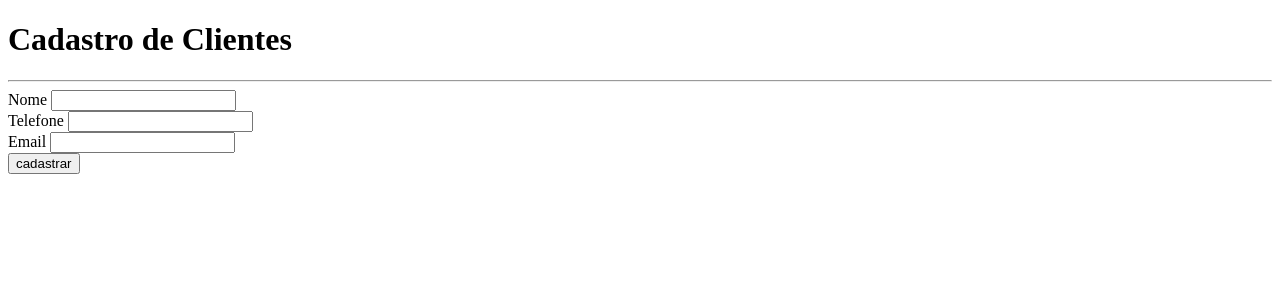
Repository: patriciatob10/AulaJavaPaty
Page: JavaWeb/empresa/perfumariaweb/src/main/webapp/frmCadClientes.html
These files come from the project's save history. The page is drawn as it stood at one moment and after the next save; the edit follows.
The browser window is 1280 px wide. The pictures show the whole page.

Above is the page before, as saved 2023-05-19 00:17:35.

### JavaWeb/empresa/perfumariaweb/src/main/webapp/frmCadClientes.html
<!DOCTYPE html>
<html>
<head>
<meta charset="ISO-8859-1">
<title>Cadastro de Clientes</title>
</head>
<body>
<h1>Cadastro de Clientes</h1>
<hr>
<div class="container"></div>

<form class="row g-3">

<div class="col-md-6">
    <label for="inputPassword4" class="form-label">Nome</label>
    <input type="cliente" class="form-control">
  </div>

  <div class="col-12">
    <label for="inputAddress" class="form-label">Telefone</label>
    <input type="number" class="form-control">
  </div>

  <div class="col-md-6">
    <label for="inputEmail4" class="form-label">Email</label>
    <input type="email" class="form-control" id="inputEmail4">
  </div>


    <button type="submit" class="btn btn-primary">cadastrar</button>
  </div>

</form>
</body>
</html>

After the next save:
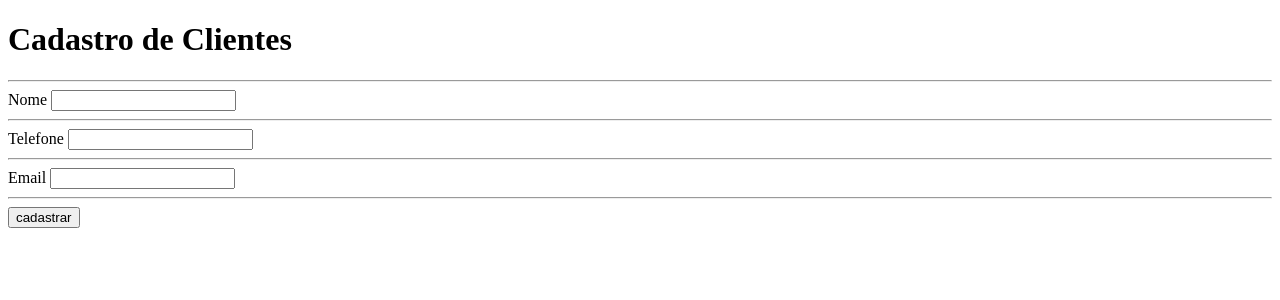
Saved 49 s later.
--- a/JavaWeb/empresa/perfumariaweb/src/main/webapp/frmCadClientes.html
+++ b/JavaWeb/empresa/perfumariaweb/src/main/webapp/frmCadClientes.html
@@ -16,16 +16,21 @@
     <input type="cliente" class="form-control">
   </div>
 
+  <hr>
+
   <div class="col-12">
     <label for="inputAddress" class="form-label">Telefone</label>
     <input type="number" class="form-control">
   </div>
+
+    <hr>
 
   <div class="col-md-6">
     <label for="inputEmail4" class="form-label">Email</label>
     <input type="email" class="form-control" id="inputEmail4">
   </div>
 
+    <hr>
 
     <button type="submit" class="btn btn-primary">cadastrar</button>
   </div>
